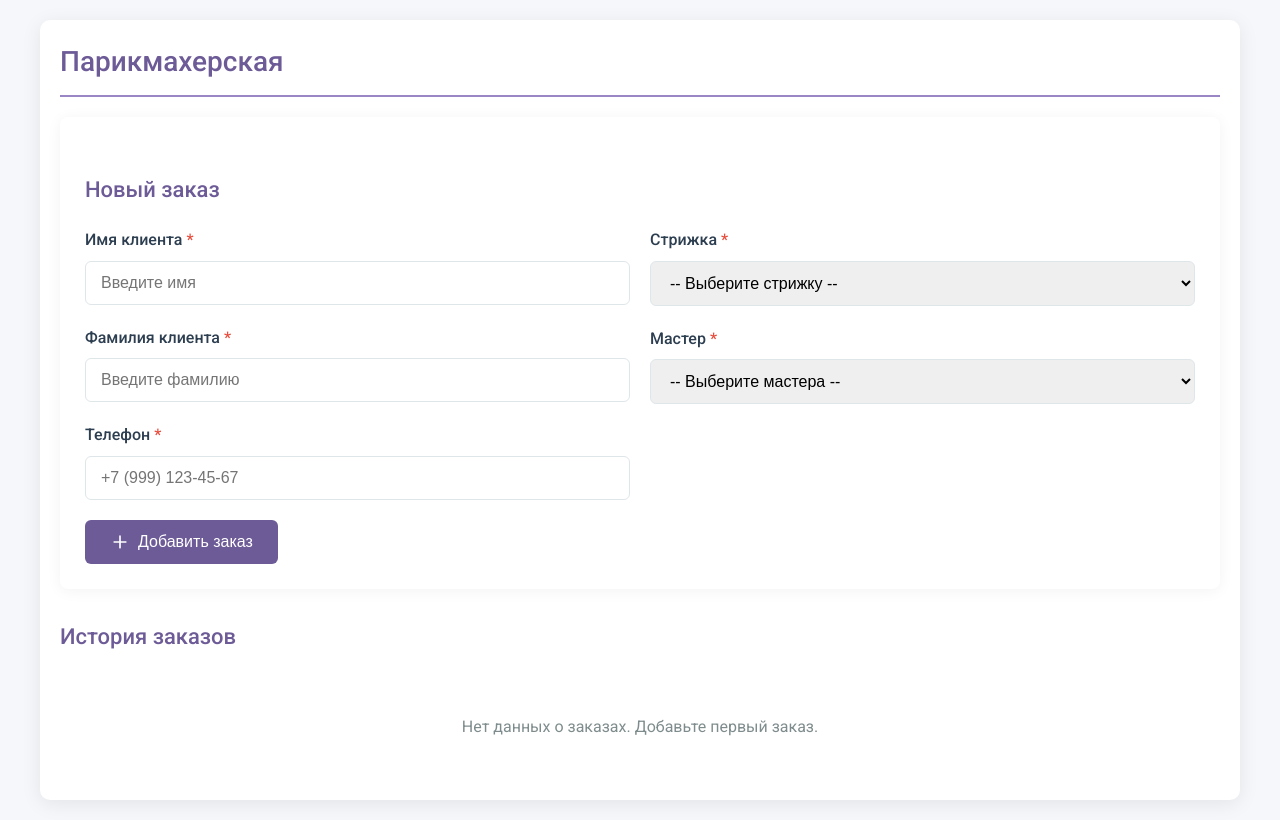
Repository: jstalex/arch
Page: templates/index.html
The author's editor kept a copy of each file at every save. The page is drawn from the files as they stood at one save, then again after the next save.
The browser window is 1280 px wide. The pictures show the whole page.
The page is served by the project's application, run on Flask 3 (app.py). The template is opened directly, without the code that normally fills it, so the values that code supplies are empty.

Above is the page before, as saved 2025-04-17 12:35:40.

After the next save:
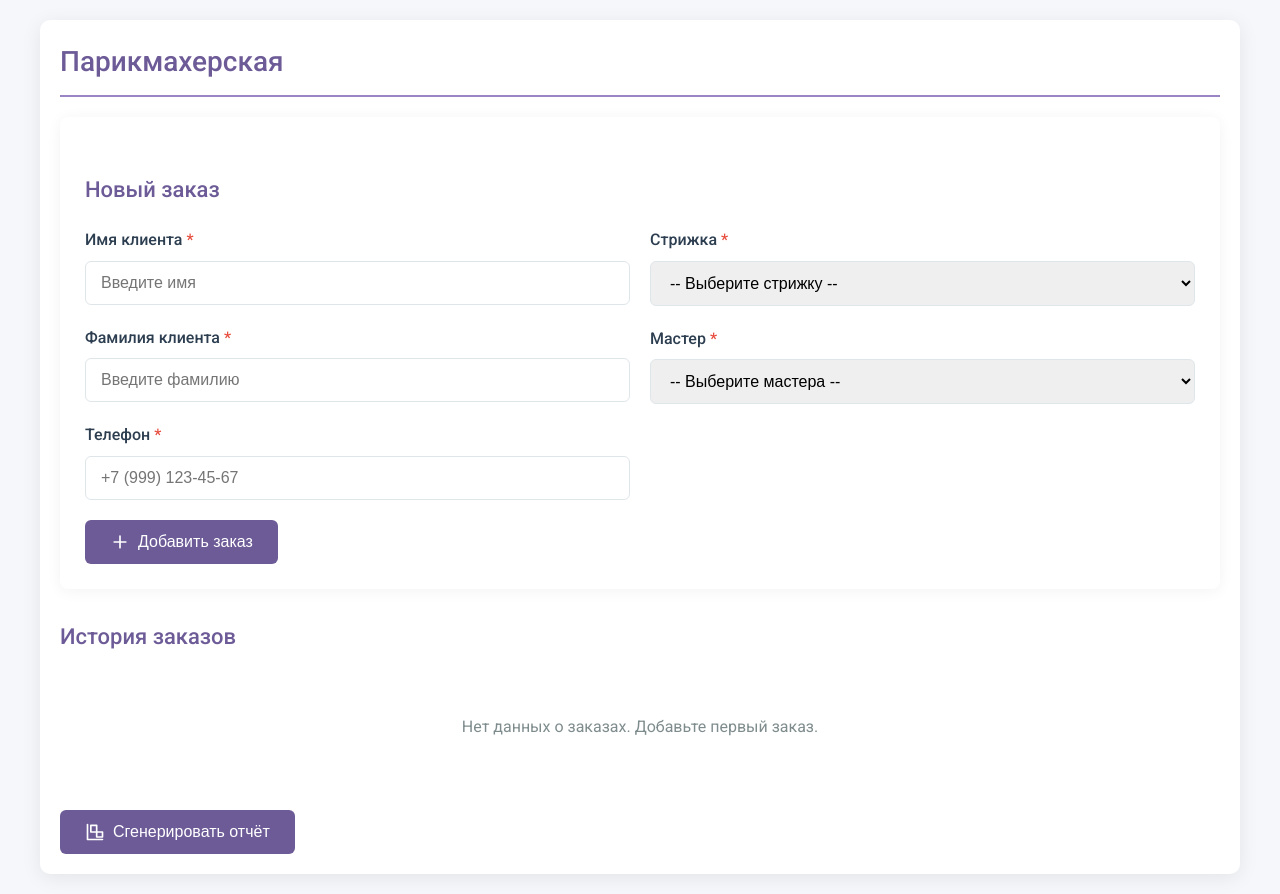
Saved 56 s later.
--- a/templates/index.html
+++ b/templates/index.html
@@ -316,6 +316,23 @@
             </div>
             {% endif %}
         </div>
+        <div style="margin-top: 30px;">
+            <button id="generateReport" style="background-color: #6d5b97; color: white; padding: 12px 25px; border: none; border-radius: 6px; cursor: pointer; font-size: 16px;">
+                <svg xmlns="http://www.w3.org/2000/svg" width="20" height="20" viewBox="0 0 24 24" fill="none" stroke="currentColor" stroke-width="2" stroke-linecap="round" stroke-linejoin="round" style="margin-right: 8px;">
+                    <path d="M3 3v18h18"></path>
+                    <rect x="7" y="4" width="7" height="8"></rect>
+                    <rect x="14" y="12" width="7" height="6"></rect>
+                </svg>
+                Сгенерировать отчёт
+            </button>
+
+            <div id="reportContainer" style="margin-top: 30px; display: none;">
+                <h2>Отчёт по заказам</h2>
+                <div id="plotContainer" style="text-align: center;">
+                    <img id="plotImage" style="max-width: 100%; height: auto;">
+                </div>
+            </div>
+        </div>
     </div>
 
     <script>
